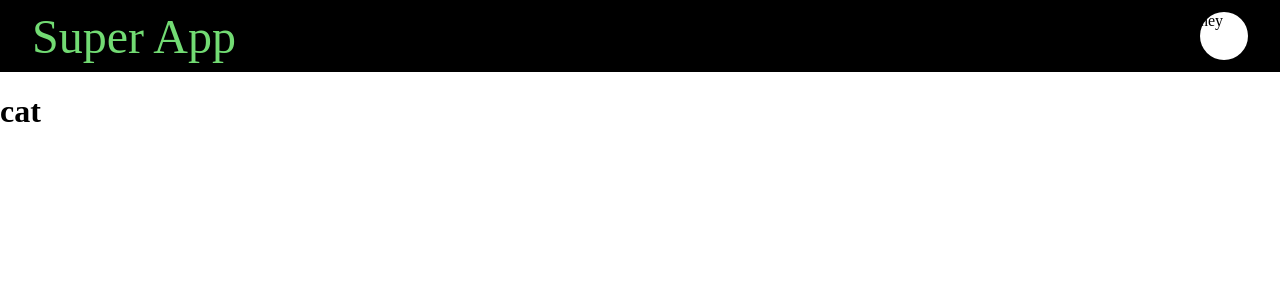
Repository: drumsmanku/react-capstone-project-2
Page: /browse
An editor plug-in stored every save of this project. The page is shown before and after the next save, followed by the edit.
The browser window is 1280 px wide. The pictures show the whole page.
Some web fonts or font styles are not loaded; a fallback is used. The project was rebuilt for these pictures with package versions that can differ from the ones it lists, and the page was loaded fresh each time. Also part of the build but not shown: src/components/RegistrationPage.js, src/components/SubmitSuccess.js, src/components/CategoriesPage.js, src/components/WeatherandNews.js.

Above is the page before, as saved 2023-06-01 19:11:17.

### src/index.css
body,html{
  padding: 0;
  margin: 0;
}

### src/App.js
import './App.css';
import RegistrationPage from './components/RegistrationPage';
import SubmitSuccess from './components/SubmitSuccess';
import CategoriesPage from './components/CategoriesPage';
import WeatherandNews from './components/WeatherandNews';
import BrowseCategories from './components/BrowseCategories';
import { BrowserRouter as Router, Route, Routes} from 'react-router-dom';
function App() {
  const categories=['Action', 'Drama','Romance','Thriller','Western','Horror','Fantasy', 'Music','Fiction',];
  const colors=['#FF5209', '#D7A4FF','#148A08','#84C2FF','#902500','#7358FF','#FF4ADE','#E61E32','#6CD061',];
  return (
    <div className='App'>
      <Router>
        <Routes>
          <Route path='/' element={<RegistrationPage />}/>
          <Route path='/success' element={<SubmitSuccess/>}/>
          <Route path='/categories' element={<CategoriesPage categories={categories} backgroundcolor={colors} />}/>
          <Route path='/weather' element={<WeatherandNews/>}/>
          <Route path='/browse' element={<BrowseCategories/>}/>

        </Routes>
      </Router>
    </div>
  );
}

export default App;

### src/App.css
.App {
  margin: 0;
  padding: 0;

}

### src/components/BrowseCategories.js
import React from 'react';
import './BrowseCategories.css';
import avatar from '../Assets/image14.png'

function BrowseCategories() {
  return (
    <div className='container-b'>
      <div className="header">
        <h1>Super App</h1>
        <div className="avatar" style={{backgroundImage:`url:${avatar}`,backgroundRepeat: "no-repeat",backgroundSize: "40rem",}}>
          hey
        </div>
      </div>
      <div className="body-container">
        <div className="main-elements">
          <h1>cat</h1>
        </div>
      </div>
    </div>
  )
}

export default BrowseCategories

### src/components/RegistrationPage.css
@import url('https://fonts.googleapis.com/css2?family=Roboto:wght@900&display=swap');
@import url('https://fonts.googleapis.com/css2?family=Single+Day&display=swap');
@import url('https://fonts.googleapis.com/css2?family=DM+Sans&display=swap');
.reg-page{
  background-image: url('../Assets/back1.png');
  background-size: 50% 120%;
  background-repeat: no-repeat;
  height: 100vh;

  background-color: black;
  display: flex;
}
.first-div{
  font-family:'Roboto';
  color: white;
  width: 50%;
  height: 100vh;
  display: flex;
  justify-content: center;
  position: relative;
}
.first-first-div{
  width: 70%;
  position: absolute;
  bottom: 4.5rem;
}
.first-first-div h1{
  font-size: 3rem;
  padding: 0;
  margin: 0;
}
.second-div{
  height: inherit;
  width: 50%;
  display: flex;
  flex-direction: column;
  justify-content: center;
  align-items: center;
  color: white;
}
.second-div h1{
  font-family: 'Single Day';
  font-size: 3.3rem;
  color: #72DB73;
  font-weight: 400;
  margin: 0;
}
.second-div h4{
  font-family: 'DM Sans';
  font-weight: 200;
  margin-bottom: 2rem;
  margin-top: 1rem;
  font-size: 1.1rem;
}
form{
  display: flex;
  flex-direction: column;
}
form input[type=text]{
  margin: 0.7rem;
  width: 23rem;
  height: 2.9rem;
  border: none;
  background-color: #292929;
  border-radius: 0.1rem;
  font-family: 'DM Sans';
}
form input[type=number]{
  margin: 0.7rem;
  width: 23rem;
  height: 2.9rem;
  border: none;
  background-color: #292929;
  border-radius: 0.1rem;
  font-family: 'DM Sans';

}
form input[type=email]{
  margin: 0.7rem;
  width: 23rem;
  height: 2.9rem;
  border: none;
  background-color: #292929;
  border-radius: 0.1rem;
  font-family: 'DM Sans';
}

form input::placeholder{
  padding-left: 0.9rem;
  font-size: 1rem;
}
.checkbox1{
  width: 100%;
  display: flex;
  padding-left: 0.5rem;
  font-family: 'DM Sans';
  margin: 1.6rem 0 1.6rem 0;
  font-size: 0.9rem;
}
.checkbox1 input[type="checkbox"]{
  margin-right: 1rem;
  border: none;
  transform: scale(1.4);
}
form button{
  background-color: #72DB73;
  border: none;
  height: 3rem;
  width: 23rem;
  border-radius: 2.2rem;
  font-size: 1.4rem;
  font-family: 'DM Sans';
  font-weight: 600;
  color: white;
  letter-spacing: 0.2rem;
}

### src/components/CategoriesPage.css
@import url('https://fonts.googleapis.com/css2?family=Roboto:wght@900&display=swap');
@import url('https://fonts.googleapis.com/css2?family=Single+Day&display=swap');
@import url('https://fonts.googleapis.com/css2?family=DM+Sans&display=swap');

.container{
  display:flex;
  background-color: black;
  height: 100vh;
  width: 100%;
  justify-content: space-around;
  position: absolute;
}
.first-container{
  height: inherit;
  width: 40%;
  display: flex;
  align-items: center;
  justify-content: flex-end;

}
.first-first-container{
  width: 70%;
  display: flex;
  flex-direction: column;
  height: inherit;

  justify-content: center;
}

.first-first-container h1{
  font-family: 'Single Day';
  font-size: 3.3rem;
  color: #72DB73;
  font-weight: 400;
  margin: 0;
}
.first-first-container h2{
  color: white ;
  font-family: 'DM Sans';
  font-size: 3rem;

}
.first-first-container button{
  width: 4rem;
  margin: 1rem;
}
.second-container{
  height: 100vh;
  width: 60%;
  display: flex;
  flex-direction: column;
  justify-content: center;
  align-items: flex-end;
  margin-right: 1rem;
  position: relative;



}
.category-container{
  width: 60%;
  margin-right: 2rem;
  position: absolute;
  top: 5rem;
  right:5rem;
}

.next-button{
  background: none;
  border: none;
  background-color: #148A08;
  border-radius: 3rem;
}

### src/components/WeatherandNews.css
@import url('https://fonts.googleapis.com/css2?family=Roboto:wght@900&display=swap');
@import url('https://fonts.googleapis.com/css2?family=Single+Day&display=swap');
@import url('https://fonts.googleapis.com/css2?family=DM+Sans&display=swap');


.main-container-w{
  background-color: black ;
  display: flex;
  height: 100vh;
  width: 100%;
}

.first-container-w{
  max-height: 100%;
  display: flex;
  flex-direction: column;
  width: 60%;
  padding-left: 2rem;
  align-items: center;
  justify-content: space-around;

}
.cards-container-w{
  max-height: 100%;
  display: flex;
  flex-direction: column;
  width: 50%;
  padding-left: 5rem;
  justify-content: space-around;
}
.second-container-w{
  height:inherit;
  width: 40%;
  display: flex;
  justify-content: center;
  align-items: center;
}
.details-card-w{
  height: 50%;
  width: 100%;
  background-color: #5746EA;
  border-radius: 2rem;
  display: flex;
  justify-content: space-around;
  align-items: center;
}
.weather-card-w{
  height: 40%;
  width: 100%;
  background-color: #101744;
  border-radius: 2rem;
}
.news-card-w{
  width: 100%;
  height: 90%;
  background-color: white;
  border-radius: 2rem;
}
.middle-container{
  height: 95%;
  color: white;
  width: 20rem;
  margin-top: 1rem;
  background-color: #F1C75B;
  border-radius: 2rem;
  font-family: 'DM Sans';
  display: flex;
  flex-direction: column;
  padding-left: 2.5rem;
  color: black;
  margin-left: 5rem;
}
.middle-container textarea{
  border: none;
  width: 87%;
  background-color:#F1C75B ;
  outline: none;
  resize: none;
  overflow: auto;
}
.stopwatch{
  height: 30%;
  width: 90%;
  background-color: #1E2343;
  margin-left: 5rem;
  border-radius: 2rem;
  display: flex;
  justify-content: space-around;
  align-items: center;
}
.stop-icon{
  width: 22%;
  height: 80%;
  position: relative;
  background-color: #191E39;
  border-radius: 16rem;
  box-shadow: 0 0 1rem black inset;
  display: flex;
  justify-content: center;
  align-items: center;
}
.rest-stopwatch{
  width: 60%;
  height: 100%;

  display: flex;
  flex-direction: column;
}
.timers{
  height: 75%;
  width: 100%;

  display: flex;
  justify-content: space-around;
}
.start-button{
  display: flex;
  align-items: center;
  justify-content: center;
  padding-top: 1rem;
}
#start-button1{
  background-color: #FF6A6A;
  color: white;
  border: none;
  width: 70%;
  height: 2rem;
  border-radius: 2rem;
  font-family: 'DM Sans';
  font-size: 1.4rem;
}
.circular-progress{

  height: 80%;
  width: 80%;
  border-radius: 50%;
  border: 0.4rem solid #FF6A6A;
  display: flex;
  justify-content: center;
  align-items:center ;

}
.ss{
  height: 100%;
  width:70% ;
  display: flex;
  flex-direction: column;
  align-items: flex-end;
  justify-content: space-around;
}
.ss button{
  width: 8rem;
  height: 2.3rem;
  border: none;
  background-color: #148A08;
  border-radius: 2.5rem;
  color: white;
  font-size: 1rem;
  font-family: 'DM Sans';
}
::-webkit-scrollbar{
  background:none;
  width: 0.7rem;
}
::-webkit-scrollbar-thumb{
  background-color: #FFE6A6;
  border-radius: 1rem;

}

### src/components/BrowseCategories.css
@import url('https://fonts.googleapis.com/css2?family=Roboto:wght@900&display=swap');
@import url('https://fonts.googleapis.com/css2?family=Single+Day&display=swap');
@import url('https://fonts.googleapis.com/css2?family=DM+Sans&display=swap');

.container-b{
  background-color: black;
  height: 100vh;
  width: 100%;
  display: flex;
  flex-direction: column;


}
.header{
  display: flex;
  justify-content: space-between;
  margin-right: 2rem;
  margin-left: 2rem;
  height: 10%;
  align-items: center;
}
.header h1{
  font-family: 'Single Day';
  font-size: 3rem;
  color: #72DB73;
  font-weight: 400;
  margin: 0;
}
.avatar{
  height: 3rem;
  width: 3rem;
  border-radius: 50%;
  background-color: white;
}
.body-container{
  width: 100%;
  height: 90%;
  background-color: white;
}

Loaded but not shown: public/index.html (common file); src/index.js (common file)

After the next save:
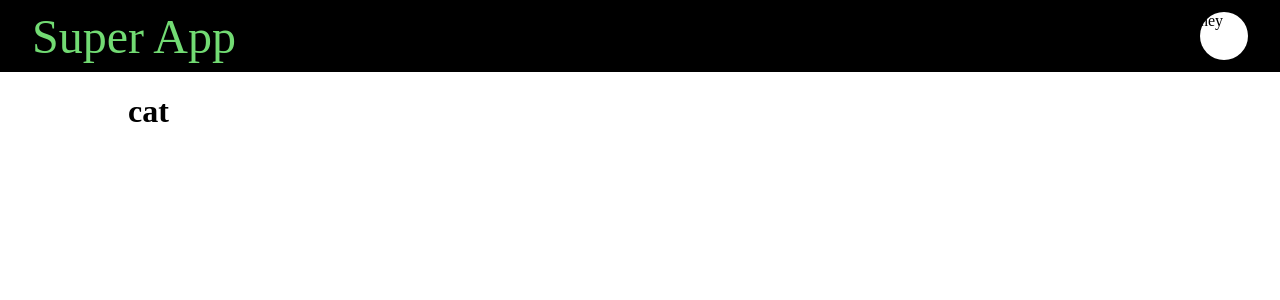
Saved 44 s later.
--- a/src/components/BrowseCategories.css
+++ b/src/components/BrowseCategories.css
@@ -36,4 +36,10 @@
   width: 100%;
   height: 90%;
   background-color: white;
+  display: flex;
+  justify-content: center;
 }
+.main-elements{
+  width: 80%;
+  height: 100%;
+}
